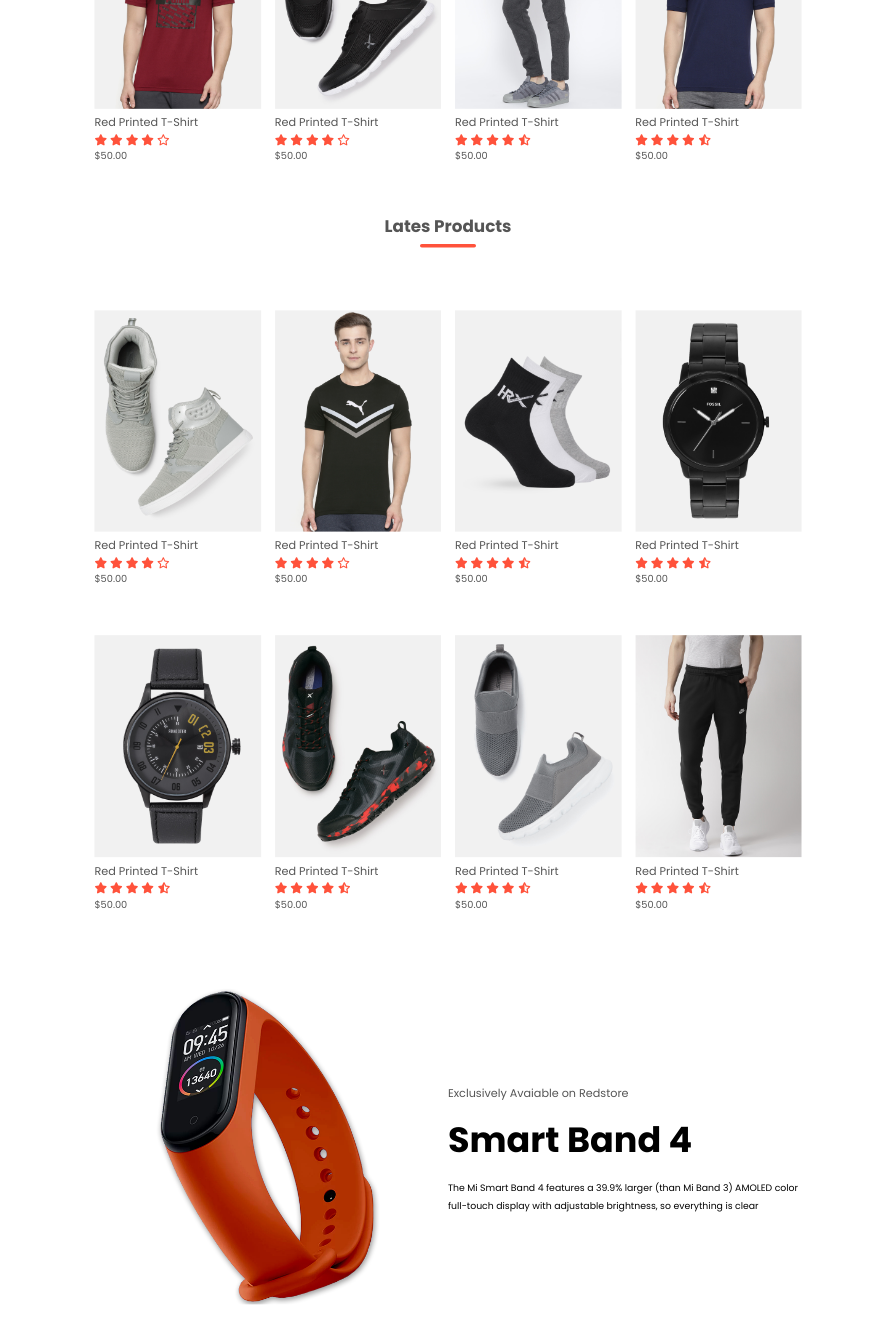
Repository: datvu1608/redsportstore
Page: index.html
An editor plug-in stored every save of this project. The page is shown before and after a run of saves, followed by the edit.
The browser window is 1280 px wide. The pictures show the part of the page from y = 1619 to 3539 px (the page is 3539 px tall), at 70% of full size.

Above is the page before, as saved 2023-11-22 23:51:53.

After the next 2 saves:
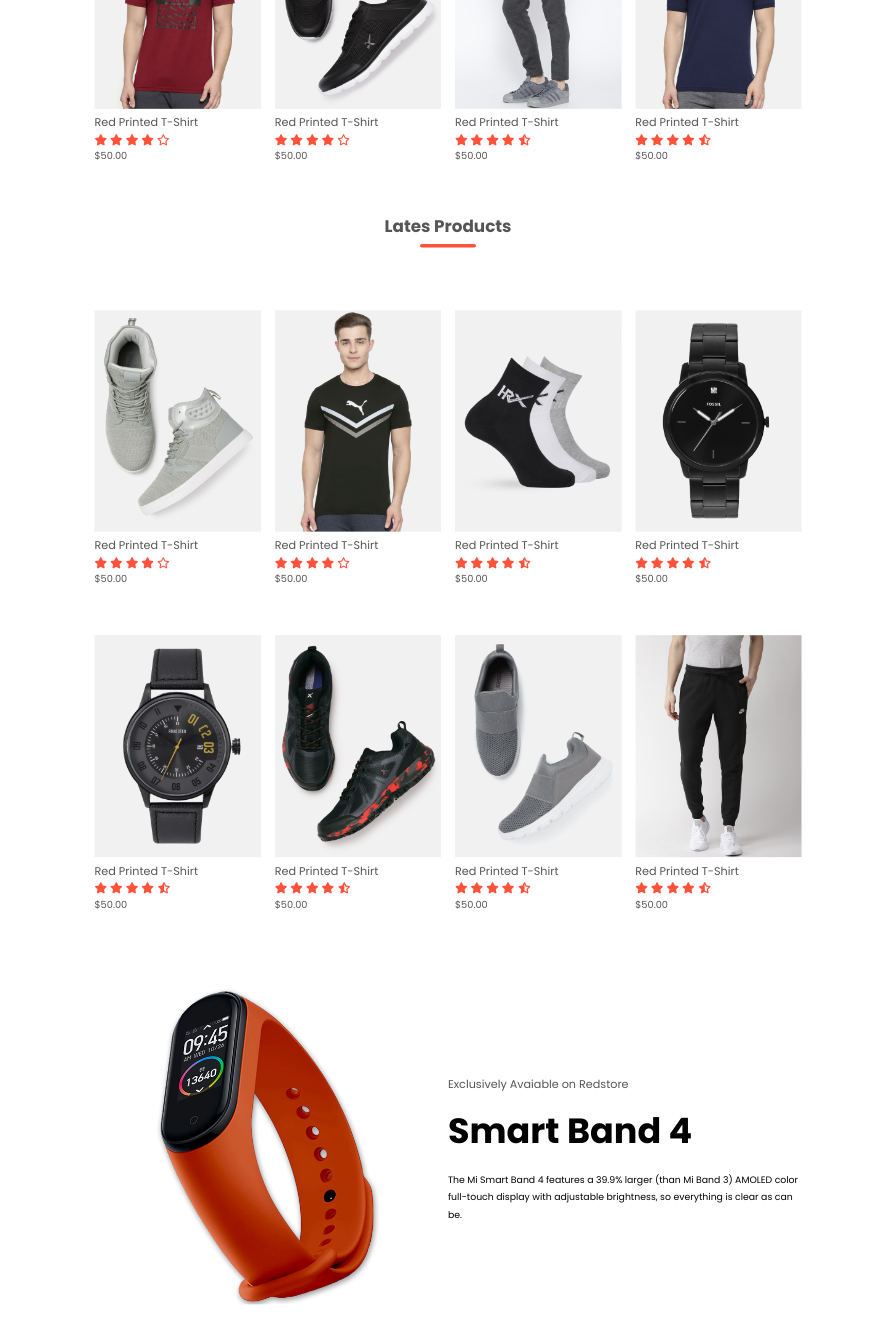
The 2 saves are shown as one change because they came seconds apart.
The last was saved 6 s later.
--- a/index.html
+++ b/index.html
@@ -244,7 +244,7 @@
             <small
               >The Mi Smart Band 4 features a 39.9% larger (than Mi Band 3)
               AMOLED color full-touch display with adjustable brightness, so
-              everything is clear
+              everything is clear as can be.
             </small>
           </div>
         </div>
